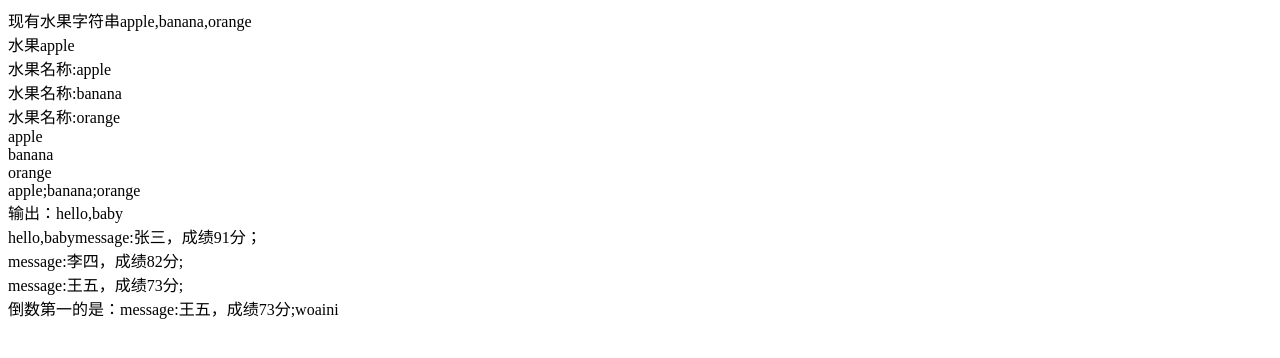
Repository: ljcan/PHP_Scripts
Page: http://localhost/src/new_file09.php
An editor plug-in stored every save of this project. The page is shown before and after the next save, followed by the edit.
The browser window is 1280 px wide. The pictures show the whole page.
The page is run by PHP 8.4 with error messages shown; the project is at /var/www/html/.

Above is the page before, as saved 2017-07-04 16:33:56.

After the next save:
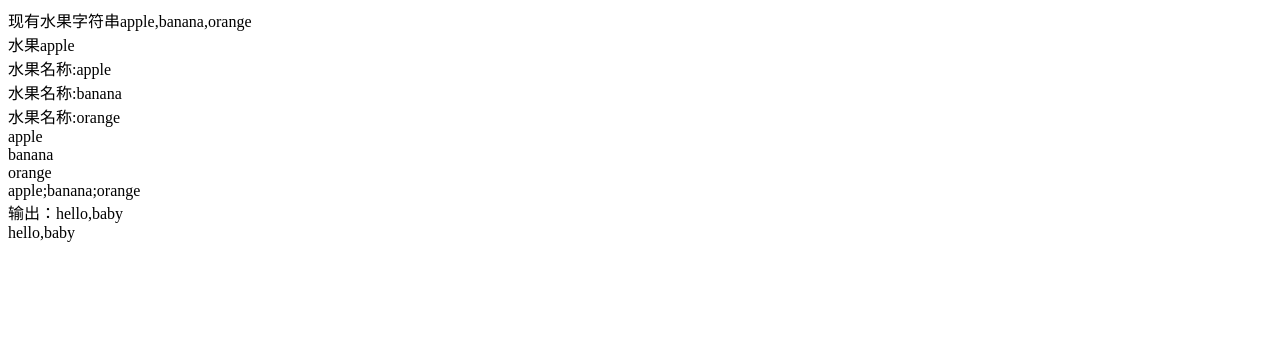
Saved 5 min 43 s later.
--- a/myjavascript_file/myphp/src/new_file09.php
+++ b/myjavascript_file/myphp/src/new_file09.php
@@ -31,7 +31,7 @@
 	echo $he."</br>";
 	echo strstr($he, "hello");
 	//strrchr($str1,$str2)函数返回$str1中从$str2最后一次出现到最后的部分
-	$them=<<<student
+	/*$them=<<<student
 	message:张三，成绩91分；</br>
 	message:李四，成绩82分;</br>
 	message:王五，成绩73分;
@@ -39,7 +39,7 @@
 	echo $them."</br>";
 	echo "倒数第一的是：".strrchr($them, "message");
 	echo "woaini";
-
+	*/
 	?>
     </body>
 </html>

After the save that followed:
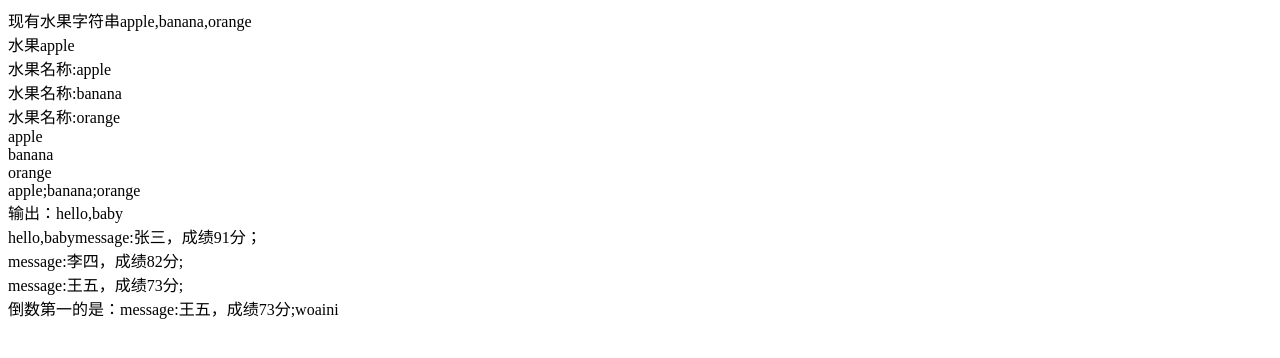
Saved 15 s later.
--- a/myjavascript_file/myphp/src/new_file09.php
+++ b/myjavascript_file/myphp/src/new_file09.php
@@ -31,7 +31,7 @@
 	echo $he."</br>";
 	echo strstr($he, "hello");
 	//strrchr($str1,$str2)函数返回$str1中从$str2最后一次出现到最后的部分
-	/*$them=<<<student
+	$them=<<<student
 	message:张三，成绩91分；</br>
 	message:李四，成绩82分;</br>
 	message:王五，成绩73分;
@@ -39,7 +39,7 @@
 	echo $them."</br>";
 	echo "倒数第一的是：".strrchr($them, "message");
 	echo "woaini";
-	*/
+
 	?>
     </body>
 </html>
